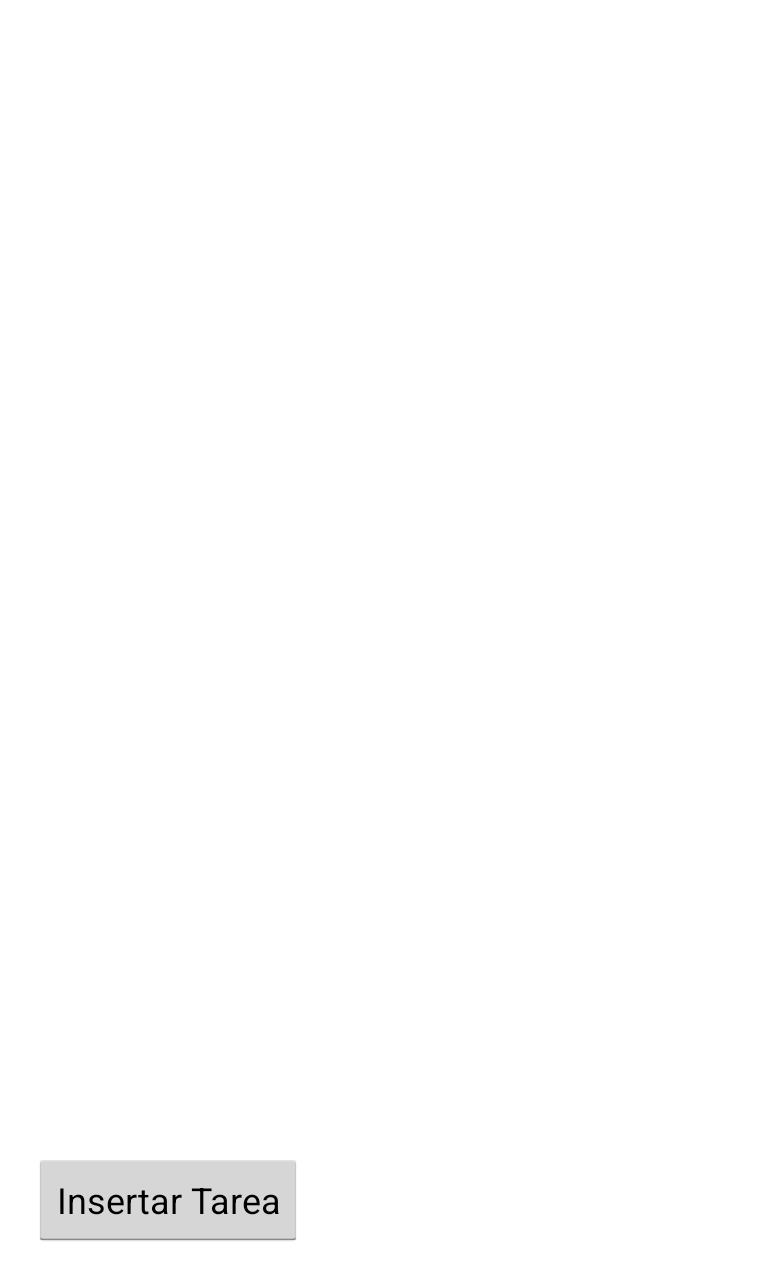
Repository: AndrewJey/Proyectos_De_Android
Layout: MiniAgenda/res/layout/activity_insertar.xml
An editor plug-in stored every save of this project. The layout is shown before and after the next save, followed by the edit.
It is drawn on a 768 x 1280 px phone screen (xhdpi) without system bars, with theme AppTheme; the app's code is not run.

Above is the layout before, as saved 2014-09-06 20:43:30.

### MiniAgenda/res/layout/activity_insertar.xml
<RelativeLayout xmlns:android="http://schemas.android.com/apk/res/android"
    xmlns:tools="http://schemas.android.com/tools"
    android:layout_width="match_parent"
    android:layout_height="match_parent"
    android:paddingBottom="@dimen/activity_vertical_margin"
    android:paddingLeft="@dimen/activity_horizontal_margin"
    android:paddingRight="@dimen/activity_horizontal_margin"
    android:paddingTop="@dimen/activity_vertical_margin"
    tools:context="com.example.miniagenda.InsertarActivity" >


    <TableLayout
        android:id="@+id/MiniAgendaInsertar"
        android:layout_width="match_parent"
        android:layout_height="wrap_content"
        android:layout_alignParentBottom="true"
        android:shrinkColumns="1"
        android:stretchColumns="1" >
        <TableRow>
            <Button
                android:layout_width="match_parent"
                android:layout_height="wrap_content"
                android:onClick="insertarOnClick"
                android:text="@string/insertar" />
        </TableRow>
    </TableLayout>
</RelativeLayout>

### MiniAgenda/res/values/strings.xml
<?xml version="1.0" encoding="utf-8"?>
<resources>

    <string name="app_name">MiniAgenda</string>
    <string name="insertar">Insertar Tarea</string>
    <string name="action_settings">Settings</string>

    <string name="title_activity_detalle">DetalleActivity</string>
    <string name="hello_world">Hello world!</string>

    <string name="title_activity_insertar">InsertarActivity</string>
     <string name="guardar">Guardar</string>


</resources>

Loaded but not shown: MiniAgenda/res/values/styles.xml (common file); MiniAgenda/res/values-v11/styles.xml (common file); MiniAgenda/res/values-v14/styles.xml (common file); MiniAgenda/res/values/dimens.xml (common file); MiniAgenda/res/values-w820dp/dimens.xml (common file)

After the next save:
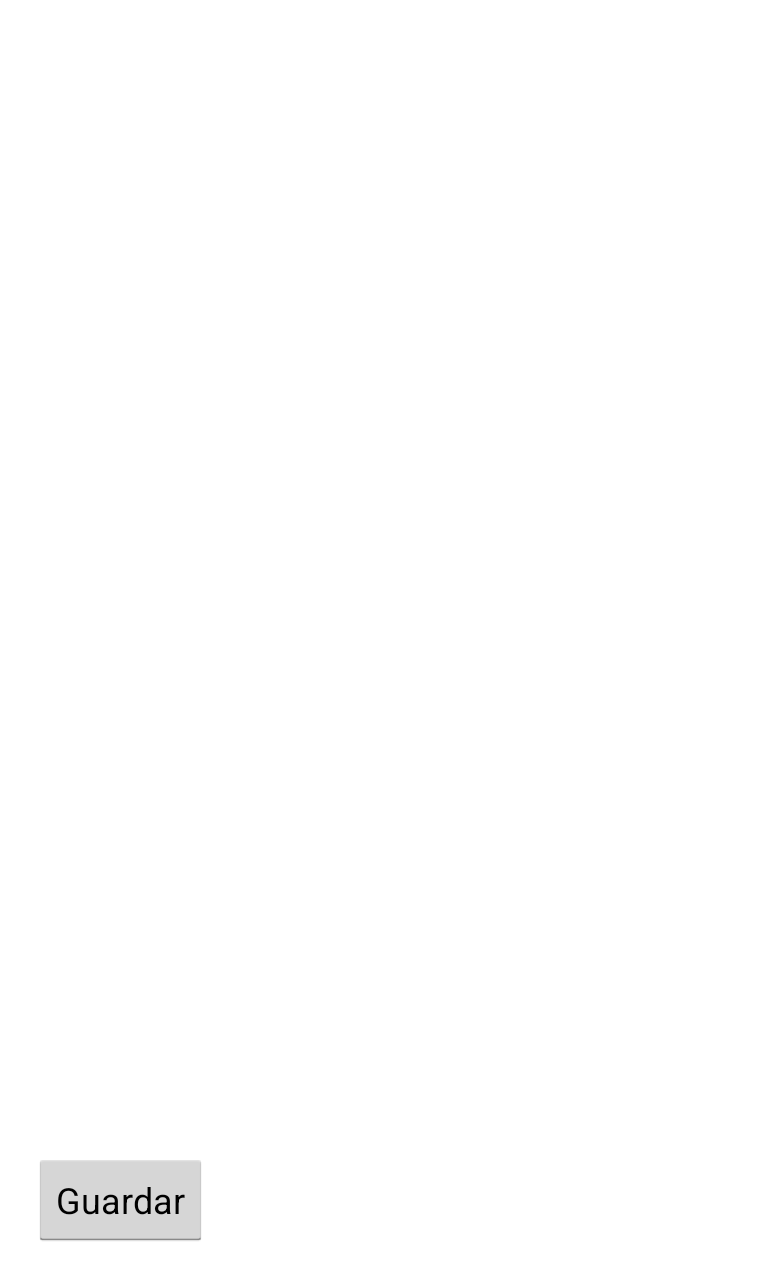
Saved 34 s later.
--- a/MiniAgenda/res/layout/activity_insertar.xml
+++ b/MiniAgenda/res/layout/activity_insertar.xml
@@ -20,8 +20,8 @@
             <Button
                 android:layout_width="match_parent"
                 android:layout_height="wrap_content"
-                android:onClick="insertarOnClick"
-                android:text="@string/insertar" />
+                android:onClick="guardarOnClick"
+                android:text="@string/guardar" />
         </TableRow>
     </TableLayout>
 </RelativeLayout>
